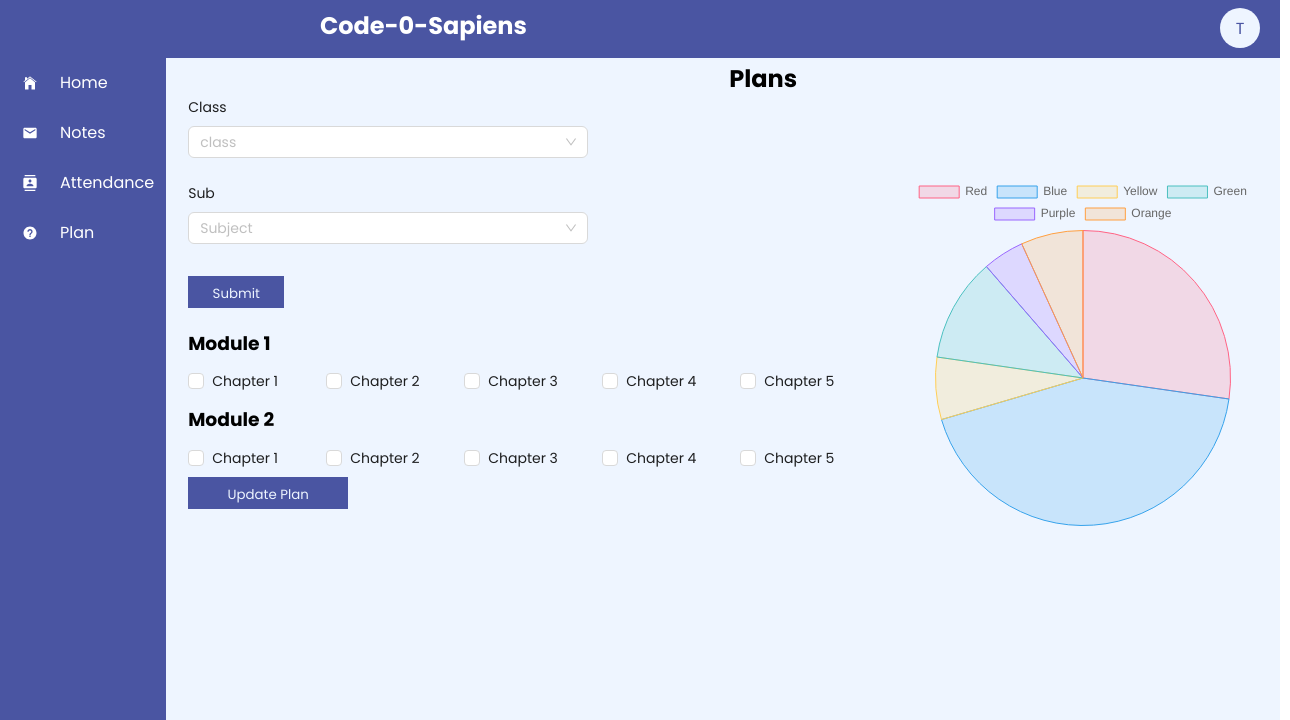
Repository: sinchana-P/code-0-sapiens
Page: /plans (app in client/), after clicking the first element matching `button`
The author's editor kept a copy of each file at every save. The page is drawn from the files as they stood at one save, then again after a run of saves.
The browser window is 1280 px wide. The page is 1290 px wide, so the pictures cover 1290 px, including what lies to the right of the window. The pictures show the whole page.
The project was rebuilt for these pictures with package versions that can differ from the ones it lists, and the page was loaded fresh each time. Also part of the build but not shown: client/src/components/auth/login/FormLayoutLogin.jsx, client/src/components/auth/login/Login.jsx, client/src/components/auth/register/FormLayoutRegister.jsx, client/src/components/auth/register/Register.jsx, client/src/components/homeScene/Home.jsx, client/src/components/notes/Notes.jsx, client/src/components/attendance/Attendance.jsx, client/src/components/profile/Profile.jsx and 5 more.

Above is the page before, as saved 2024-03-01 07:50:15.

### client/public/index.html
<!DOCTYPE html>
<html lang="en">
  <head>
    <meta charset="utf-8" />
    <link rel="icon" href="%PUBLIC_URL%/favicon.ico" />
    <meta name="viewport" content="width=device-width, initial-scale=1" />
    <meta name="theme-color" content="#000000" />
    <meta
      name="description"
      content="Web site created using create-react-app"
    />
    <link rel="apple-touch-icon" href="%PUBLIC_URL%/logo192.png" />
    <!--
      manifest.json provides metadata used when your web app is installed on a
      user's mobile device or desktop. See https://developers.google.com/web/fundamentals/web-app-manifest/
    -->
    <link rel="manifest" href="%PUBLIC_URL%/manifest.json" />
    <!--
      Notice the use of %PUBLIC_URL% in the tags above.
      It will be replaced with the URL of the `public` folder during the build.
      Only files inside the `public` folder can be referenced from the HTML.

      Unlike "/favicon.ico" or "favicon.ico", "%PUBLIC_URL%/favicon.ico" will
      work correctly both with client-side routing and a non-root public URL.
      Learn how to configure a non-root public URL by running `npm run build`.
    -->
    <link rel="preconnect" href="https://fonts.googleapis.com">
<link rel="preconnect" href="https://fonts.gstatic.com" crossorigin>
<link href="https://fonts.googleapis.com/css2?family=Poppins:ital,wght@0,100;0,200;0,300;0,400;0,500;0,600;0,700;0,800;0,900;1,100;1,200;1,300;1,400;1,500;1,600;1,700;1,800;1,900&display=swap" rel="stylesheet">
    <title>Code-0-Sapiens</title>
  </head>
  <body>
    <noscript>You need to enable JavaScript to run this app.</noscript>
    <div id="root"></div>
    <!--
      This HTML file is a template.
      If you open it directly in the browser, you will see an empty page.

      You can add webfonts, meta tags, or analytics to this file.
      The build step will place the bundled scripts into the <body> tag.

      To begin the development, run `npm start` or `yarn start`.
      To create a production bundle, use `npm run build` or `yarn build`.
    -->
  </body>
</html>

### client/src/index.js
import React from 'react';
import ReactDOM from 'react-dom/client';
import './index.css';
import App from './App';
import reportWebVitals from './reportWebVitals';
import { BrowserRouter } from 'react-router-dom'
import { apiSlice } from './api/apiSlice';
import {ApiProvider} from '@reduxjs/toolkit/query/react'

const root = ReactDOM.createRoot(document.getElementById('root'));
root.render(
  <BrowserRouter>
    <React.StrictMode>
      <ApiProvider api={apiSlice}>
        <App />
      </ApiProvider>
    </React.StrictMode>
  </BrowserRouter>,
);

// If you want to start measuring performance in your app, pass a function
// to log results (for example: reportWebVitals(console.log))
// or send to an analytics endpoint. Learn more: https://bit.ly/CRA-vitals
reportWebVitals();

### client/src/App.jsx

import './App.css';
import { useState } from 'react';
import { Routes, Route } from 'react-router-dom'
import Login from './components/auth/login/Login'
import Register from './components/auth/register/Register';
import Topbar from './components/global/topbar/Topbar';
import Sidebar from './components/global/sidebar/Sidebar';
import Home from './components/homeScene/Home';
import Notes from './components/notes/Notes';
import Plans from './components/plans/Plans';
import Attendance from './components/attendance/Attendance';
import Profile from './components/profile/Profile';
import StudentSidebar from './components/global/sidebar/StudentSidebar';
import StdHome from './components/stdHome/StdHome';
import StdAttendance from './components/stdAttendance/StdAttendance'
import StdNotes from './components/stdNotes/StdNotes';
import StdDoubts from './components/stdDoubts/StdDoubts';

function App() {
  const [userRole, setUserRole] = useState('Teacher')

  return (
    <div className="App">
      <div className='app-container'>

      <Topbar userRole={userRole}/>

        <div className='main-content'>
          <div className='left-content-container'>

          {
            userRole === 'Teacher' ? (<Sidebar /> ) : (<StudentSidebar /> )
          }

          </div>
          <div className='right-content-container'>
            <Routes>
              <Route path='/login' element={ <Login/> } />
              <Route path='/register' element={ <Register/> } />
              <Route path='/home' element={ <Home/> } />
              <Route path='/notes' element={ <Notes/> } />
              <Route path='/attendance' element={ <Attendance/> } />
              <Route path='/plans' element={ <Plans/> } />
              {/* <Route path='/profile' element={ <Profile/> } /> */}
              <Route path='/student' element={ <StdHome/> } />
              <Route path='/student/attendance' element={ <StdAttendance/> } />
              <Route path='/student/attendance' element={ <StdNotes/> } />
              <Route path='/student/attendance' element={ <StdDoubts/> } />
            </Routes>
          </div>
        </div>
      </div>

    </div>
  );
}

export default App;

### client/src/api/apiSlice.js
import {createApi,fetchBaseQuery} from '@reduxjs/toolkit/query/react'


export const apiSlice = createApi({
       reducerPath:"api",
       baseQuery:fetchBaseQuery({baseUrl:""}),
       tagTypes:['auth', 'student'],
       endpoints:(builder)=>({
        register: builder.mutation({
            query: (data) => ({
                url: '/register',
                method: "POST",
                body: data
            }),
            invalidatesTags:['auth']
        }),
        login: builder.mutation({
            query: (data) => ({
                url: '/login',
                method: "POST",
                body: data
            }),
            invalidatesTags:['auth']
        }),
            //   getTodos:builder.query({
            //          query:()=>'/auth',
            //          transformResponse: (res: Todo[]) =>  {
            //                 // Ensure res is an array before sorting
            //                 console.log(res);

            //                 if (Array.isArray(res)) {
            //                     return res.sort((a, b) => b.id - a.id);
            //                 } else {
            //                     return res;
            //                 }
            //             },

            //          providesTags:['todos']
            //   }),
            //   addTodo:builder.mutation({
            //          query:(todo)=>({
            //                 url:'/todos',
            //                 method:"POST",
            //                 body:todo
            //          }),
            //          invalidatesTags:['todos']
            //   }),
            //   updateTodo:builder.mutation({
            //          query:(todo)=>({
            //                 url:/todos/${todo.id},
            //                 method:'PATCH',
            //                 body:todo
            //          }),
            //          invalidatesTags:['todos']
            //   }),
            //   deleteTodo:builder.mutation({
            //          query:(id)=>({

            //                 url:/todos/${id},
            //                 method:'DELETE',
            //                 body:id
            //          }),
            //          invalidatesTags:['todos']
            //   })

       })
})

export const { useRegisterMutation,useLoginMutation } = apiSlice

### client/src/App.css
@import url('https://fonts.googleapis.com/css2?family=Poppins:ital,wght@0,100;0,200;0,300;0,400;0,500;0,600;0,700;0,800;0,900;1,100;1,200;1,300;1,400;1,500;1,600;1,700;1,800;1,900&display=swap');

* {
  font-family: "Poppins", sans-serif;
}

/* --- */
.full-width-container {
  width: 100%;
  display: flex;
  justify-content: center;
  align-items: center;
}
/* --- */

.right-content-container {
  background-color: #EEF5FF;
  display: flex;
  align-items: start;
  justify-content: center;
}

.app-container {
  display: flex;
  flex-direction: column;
}

.main-content {
  display: flex;
  flex-direction: row;
}

.left-content-container {
  width: 13vw;
}

.right-content-container {
  width: 87vw;

}

### client/src/components/global/topbar/Topbar.jsx
import React, {useState} from 'react'
import './Topbar.css'

const Topbar = ({userRole}) => {
  // const [userRole, setUserRole] = useState('Teacher')

  return (
    <div className='topbar-container'>
        <h2 style={{textAlign: 'left'}} className='logo-text'>Code-0-Sapiens</h2>

        <div className='profile-div'>
          {userRole === 'Teacher' ? 'T' : (userRole === 'Student' ? 'S' : '')}
        </div>
    </div>
  )
}

export default Topbar

### client/src/components/global/sidebar/Sidebar.jsx
import './Sidebar.css'
import { SidebarData } from './SidebarData';
import { Link, NavLink } from 'react-router-dom';


const Sidebar=()=> {
  return (
    <div className='sidebar'>
       <ul className='sidebarList'>
        {
        SidebarData.map((value,key)=>{
            return (
              <NavLink to={value.route} key={key} className='row' >
                <div id='icon'>{value.icon}</div>
                <div id='title'>{value.title}</div>
              </NavLink>
            )
        })
        }
       </ul>
    </div>
  )
}

export default Sidebar

### client/src/components/plans/Plans.jsx
import React, {useState} from 'react';
import { Form, Select, Checkbox } from 'antd';
import './Plans.css'
import { Chart as ChartJS, ArcElement, Tooltip, Legend } from 'chart.js';
import { Pie } from 'react-chartjs-2';


const SidebarData = [
  {
    cls_id: '8',
    sub_id: '1',
    mod_id: 'Module 1',
    chp_id: 'Chapter 1',
    completed: true
  },
  {
    cls_id: '8',
    sub_id: '1',
    mod_id: 'Module 1',
    chp_id: 'Chapter 2',
    completed: false
  },
  {
    cls_id: '8',
    sub_id: '1',
    mod_id: 'Module 1',
    chp_id: 'Chapter 3',
    completed: true
  },
  {
    cls_id: '8',
    sub_id: '1',
    mod_id: 'Module 1',
    chp_id: 'Chapter 4',
    completed: false
  },
  {
    cls_id: '8',
    sub_id: '1',
    mod_id: 'Module 1',
    chp_id: 'Chapter 5',
    completed: true
  },
  {
    cls_id: '8',
    sub_id: '1',
    mod_id: 'Module 2',
    chp_id: 'Chapter 1',
    completed: false
  },
  {
    cls_id: '8',
    sub_id: '1',
    mod_id: 'Module 2',
    chp_id: 'Chapter 2',
    completed: true
  },
  {
    cls_id: '8',
    sub_id: '1',
    mod_id: 'Module 2',
    chp_id: 'Chapter 3',
    completed: true
  },
  {
    cls_id: '8',
    sub_id: '1',
    mod_id: 'Module 2',
    chp_id: 'Chapter 4',
    completed: true
  },
  {
    cls_id: '8',
    sub_id: '1',
    mod_id: 'Module 2',
    chp_id: 'Chapter 5',
    completed: true
  }
];

const CheckboxGroup = Checkbox.Group;
ChartJS.register(ArcElement, Tooltip, Legend);

const Plans = () => {

    const [isSubmit, setIsSubmit] = useState(false)

    const data = {
      labels: ['Red', 'Blue', 'Yellow', 'Green', 'Purple', 'Orange'],
      datasets: [
        {
          label: '# of Votes',
          data: [12, 19, 3, 5, 2, 3],
          backgroundColor: [
            'rgba(255, 99, 132, 0.2)',
            'rgba(54, 162, 235, 0.2)',
            'rgba(255, 206, 86, 0.2)',
            'rgba(75, 192, 192, 0.2)',
            'rgba(153, 102, 255, 0.2)',
            'rgba(255, 159, 64, 0.2)',
          ],
          borderColor: [
            'rgba(255, 99, 132, 1)',
            'rgba(54, 162, 235, 1)',
            'rgba(255, 206, 86, 1)',
            'rgba(75, 192, 192, 1)',
            'rgba(153, 102, 255, 1)',
            'rgba(255, 159, 64, 1)',
          ],
          borderWidth: 1,
        },
      ],
    };

  // Grouping chapters by module
  const groupedChapters = SidebarData.reduce((acc, curr) => {
    const { mod_id, chp_id } = curr;
    if (!acc[mod_id]) {
      acc[mod_id] = [];
    }
    acc[mod_id].push(chp_id);
    console.log('acc');
    console.log(acc);
    return acc;
  }, {});

  const handleSubmit = () => {
    setIsSubmit(true)
  }

  return (
    <div className='plans-main'>
      <h2 className='heading'>Plans</h2>

         <div className='plans-container'>
            <div className='plans-container-left'>
                <Form
                layout="vertical"
                name="basic"
                labelCol={{ span: 8 }}
                wrapperCol={{ span: 16 }}
                style={{ maxWidth: 600 }}
                initialValues={{ remember: true }}
                autoComplete="off"
            >
                <Form.Item label="Class" rules={[{ required: true, message: 'Please select class!' }]}>
                <Select placeholder="class">
                    <Select.Option value="class8">Class 8</Select.Option>
                    <Select.Option value="class9">Class 9</Select.Option>
                    <Select.Option value="class10">Class 10</Select.Option>
                </Select>
                </Form.Item>
                <Form.Item label="Sub" rules={[{ required: true, message: 'Please select class!' }]}>
                <Select placeholder="Subject">
                    <Select.Option value="maths">Maths</Select.Option>
                    <Select.Option value="science">Science</Select.Option>
                    <Select.Option value="social">Social</Select.Option>
                </Select>
                </Form.Item>
                </Form>

                <button style={{ width: '6rem', height: '2rem', textAlign: 'center' }} onClick={handleSubmit}>Submit</button>

                <div>
                    {isSubmit && (
                        <>
                        {Object.keys(groupedChapters).map((module, index) => (

                          <div key={index} className='module-chapters-checkbox'>
                          <h3 style={{padding: '0.8rem 0'}}>{module}</h3>
                          <CheckboxGroup>
                              {groupedChapters[module].map((chapter, i) => (
                              <Checkbox checked key={i} value={chapter} style={{width: '130px'}} >
                                  {chapter}
                              </Checkbox>
                              ))}
                          </CheckboxGroup>

                          </div>

                      ))}
                      <button style={{ width: '10rem', height: '2rem', textAlign: 'center' }}>Update Plan</button>
                        </>
                    )}
                </div>
            </div>

            <div style={{width:'350px', height: '350px'}} className='plans-container-right'>
              <Pie
                data={data}
                width={50}
                height={50}
              />
            </div>
         </div>





    </div>



  );
}

export default Plans;

### client/src/components/auth/login/Login.css
.login-container{
    padding: 1rem 0;
    /* background-color: pink; */
    width: 50vw;

}

h2 {
    text-align: center;
    margin-left: 20rem;
}

### client/src/components/auth/register/Register.css
.register-container{
    padding: 1rem 0;
    /* background-color: pink; */
    width: 50vw;

}

h2 {
    text-align: center;
    margin-left: 20rem;
}

### client/src/components/global/topbar/Topbar.css
.topbar-container {
    background-color: #4A55A2;
    min-width: 95vw;
    height: 4rem;
    display: flex;
    flex-direction: row;
    justify-content: space-between;
}

.profile-div {
    background-color: #EEF5FF;
    color: #4a55a2;
    width: 40px;
    height: 40px;
    border-radius: 50%;
    display: flex;
    justify-content: center;
    align-items: center;
    margin-top: 8px;
    margin-right: 20px;
}

.logo-text {
    color: white;
    /* text-align: center; */
    margin-top: 0.5rem;
}

### client/src/components/global/sidebar/Sidebar.css
*{
    margin: 0;
    padding: 0;
  }
  .App{
    width: 100vw;
    height: 100vh;
    display: flex;
  }

  .sidebar{
    height: 92vh;
    width: 200px;
    background-color: #4A55A2;
  }

  .sidebarList{
    height: auto;
    width: 100%;
    padding: 0;
  }

  .sidebarList .row{
    width: 100%;
    height: 50px;
    list-style-type: none;
    margin: 0;
    display: flex;
    flex-direction: row;
    color: white;
    justify-content: center;
    align-items: center;
    text-decoration: none;
  }

  .sidebarList .row:hover{
    cursor: pointer;
    background-color: #EEF5FF;
    color: black;

  }

  .row #icon{
    flex: 30%;
    display: grid;
    place-items: center;
  }

  .row #title{
    flex: 70%;
  }

  .row .active {
    background-color: #EEF5FF;
    color: black;
  }

### client/src/components/global/sidebar/SidebarData.js
import { IoIosHome,IoMdHelpCircle } from "react-icons/io";
import { MdEmail,MdContacts } from "react-icons/md";
import { FaRegCalendarCheck } from "react-icons/fa";


export const SidebarData=[
       {
              title:"Home",
              icon:<IoIosHome />,
              route:"/"
       },
       {
              title:"Notes",
              icon:<MdEmail />,
              route:"/notes"
       },
       {
              title:"Attendance",
              icon:<MdContacts />,
              route:"/attendance"
       },
       {
              title:"Plan",
              icon:<IoMdHelpCircle />,
              route:"/plans"
       },
       // {
       //        title:"Profile",
       //        icon:<FaRegCalendarCheck />,
       //        route:"/profile"
       // },
]

### client/src/components/notes/Notes.css
.notes-main {
    width: 87vw;
}

.heading {
    margin-left: 28rem;
}

.notes-container{
    margin: 1rem 18rem;
}

.notes-form-container {
    padding: 1rem 0;
}

.notes-upload-main {
    display: flex;
    flex-direction: row;
}


.notes-upload-container {
    display: flex;
    flex-direction: column;
}

.notes-pdf, .notes-link {
    display: flex;
    flex-direction: row;
    padding: 0.5rem 0;
}

.notes-upload-container {
    padding: 0rem 1rem;
}

p{
    font-weight: bold;
}

### client/src/components/plans/Plans.css
.plans-main{
    /* width: 90vw; */
    padding: 0.2rem 2rem;
    /* background-color: pink; */
    /* max-height: 90vh; */

}

.module-chapters-checkbox {
    display: flex;
    flex-direction: column;
    justify-content: start;
}

.heading {
    margin-left: 5rem;
}

.plans-container {
    display: flex;
    flex-direction: row;
    /* justify-content: space-evenly; */

}

.plans-container-left {
    display: flex;
    flex-direction: column;
    width: 45rem;
    /* background-color: green; */
}
.plans-container-right {
    display: flex;
    flex-direction: column;
    width: 40rem;
    margin-top: 5rem;
    /* background-color: rgb(13, 0, 128); */
}

### client/src/components/attendance/Attendance.css
.attendance-main {
    /* background-color: pink; */
    width: 80vw;
}

.attendance-class {
    /* background-color: pink; */
}

.attendance-class-inputs-container {
    display: flex;
    flex-direction: row;
    min-width: 80vw;
}

.attendance-class-each {
    width: 15rem;
    margin: 2rem;
}

button {
    background-color: #4a55a2;
    color: #EEF5FF;
    border: none;
    padding: 0.5rem 1rem;
    margin: 0.5rem 0;
}

button:hover {
    background-color: #b9cae3;
    color: #4a55a2;
    cursor: pointer;
}

### client/src/components/global/sidebar/StudentSidebarData.js
import { IoIosHome,IoMdHelpCircle } from "react-icons/io";
import { MdEmail,MdContacts } from "react-icons/md";
import { FaRegCalendarCheck } from "react-icons/fa";


export const StudentSidebarData=[
       {
              title:"Home",
              icon:<IoIosHome />,
              route:"/student"
       },
       {
              title:"Attendance",
              icon:<MdEmail />,
              route:"/student/attendance"
       },
       {
              title:"Notes",
              icon:<MdContacts />,
              route:"/student/notes"
       },
       {
              title:"Doubts",
              icon:<IoMdHelpCircle />,
              route:"/student/doubts"
       },
       // {
       //        title:"Profile",
       //        icon:<FaRegCalendarCheck />,
       //        route:"/profile"
       // },
]

### client/src/components/stdAttendance/StdAttendance.css
.attendance-main {
    /* background-color: pink; */
    width: 87vw;
    padding: 1rem 20rem;
}

.attendance-class {
    /* background-color: pink; */
}

.attendance-class-inputs-container {
    display: flex;
    flex-direction: row;
    min-width: 80vw;
}

.attendance-class-each {
    width: 15rem;
    margin: 2rem;
}

button {
    background-color: #4a55a2;
    color: #EEF5FF;
    border: none;
    padding: 0.5rem 1rem;
    margin: 0.5rem 0;
}

button:hover {
    background-color: #b9cae3;
    color: #4a55a2;
    cursor: pointer;
}

.header {
    margin: 1rem 5rem;
}

Loaded but not shown: client/src/index.css (common file); client/src/reportWebVitals.js (common file)

After the next 4 saves:
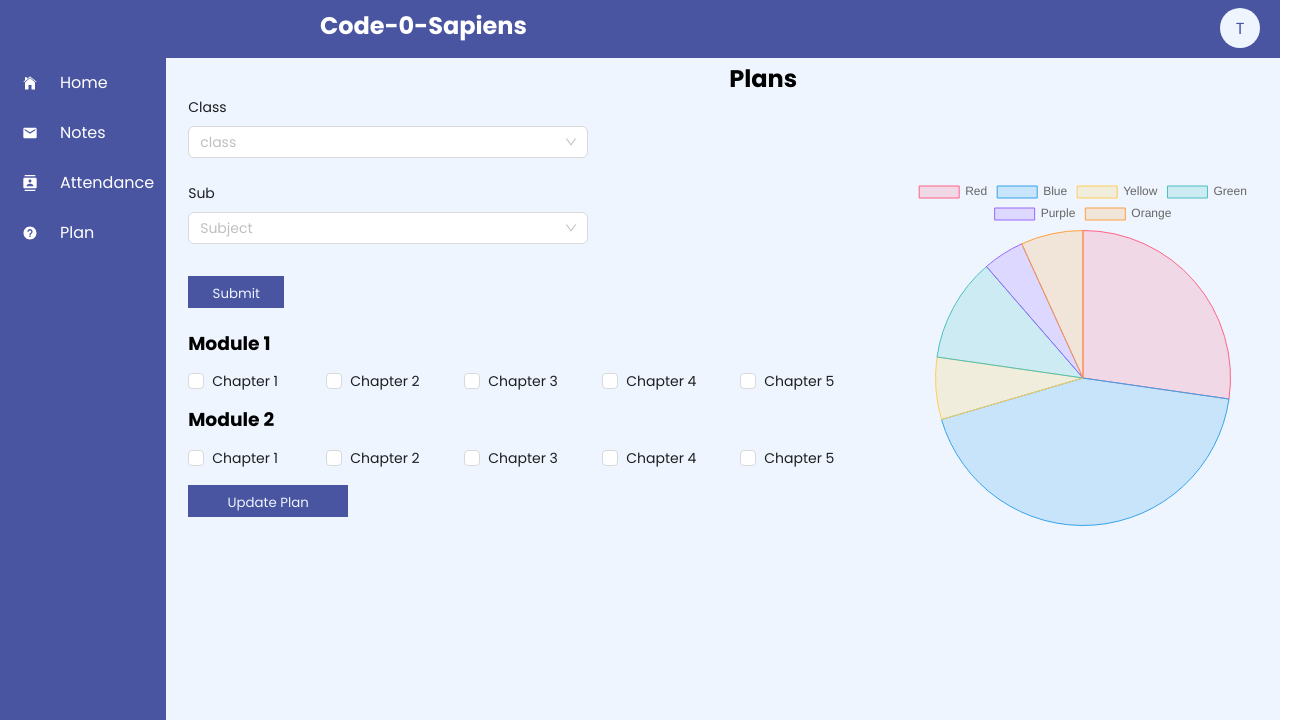
The 4 saves are shown as one change because they came seconds apart.
The last was saved 20 s later.
--- a/client/src/components/plans/Plans.jsx
+++ b/client/src/components/plans/Plans.jsx
@@ -179,7 +179,7 @@ const Plans = () => {
                           </div>
 
                       ))}
-                      <button style={{ width: '10rem', height: '2rem', textAlign: 'center' }}>Update Plan</button>
+                      <button style={{ width: '10rem', height: '2rem', textAlign: 'center', marginTop:'1rem' }}>Update Plan</button>
                         </>
                     )}
                 </div>
